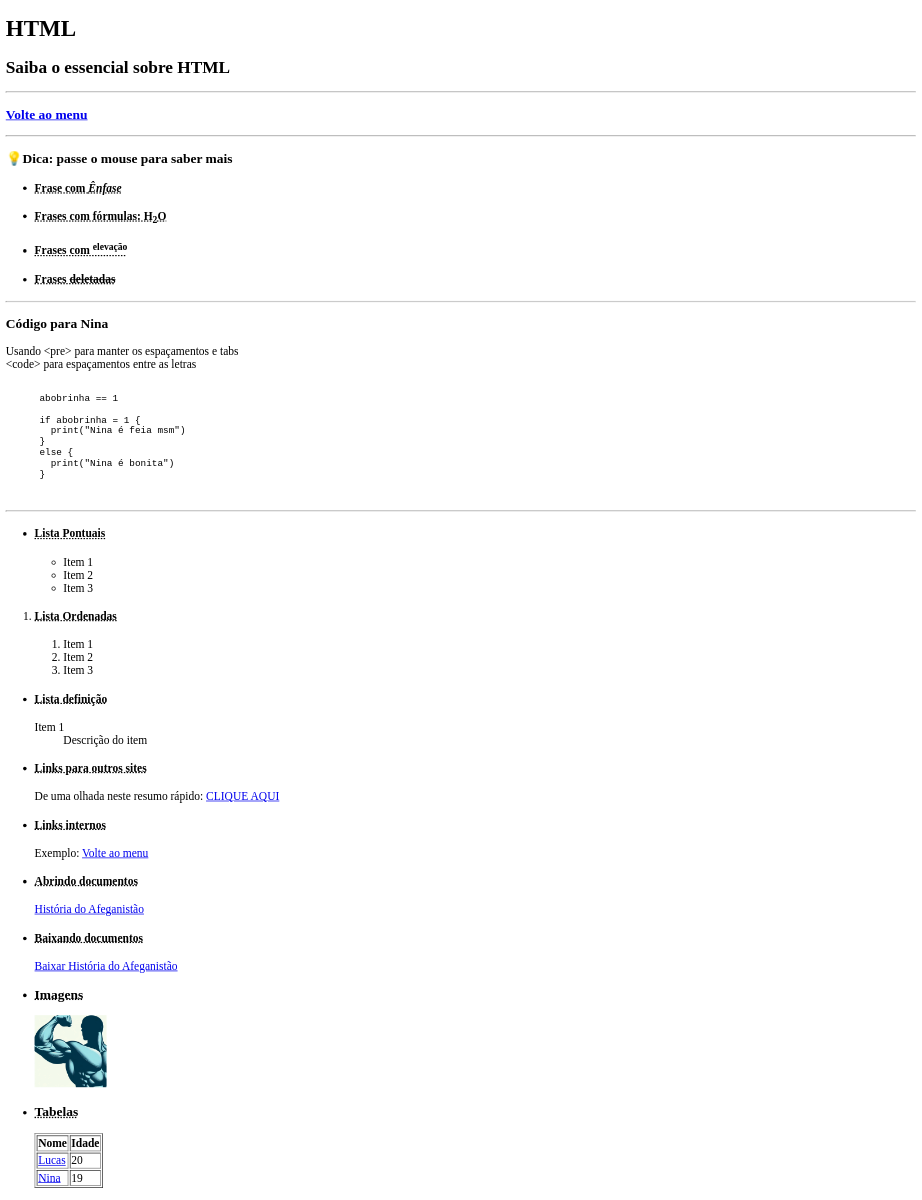
Repository: LuidyOn/Site_Forca_Total
Page: ForçaTotal/sobreHTML.html
The author's editor kept a copy of each file at every save. The page is drawn from the files as they stood at one save, then again after a run of saves.
The browser window is 1280 px wide. The pictures show the whole page, at 72% of full size.

Above is the page before, as saved 2025-05-16 14:33:10.

### ForçaTotal/sobreHTML.html
<!DOCTYPE html>
<html lang="pt-br">
<head>
  <meta charset="UTF-8">
  <meta name="viewport" content="width=device-width, initial-scale=1.0">
  <link rel="shortcut icon" href="img/icons/logo.ico" type="image/x-icon">
  <title>Testes Força total</title>
</head>
<body>
  <h1>HTML</h1>
  <h2>Saiba o essencial sobre HTML</h2>

  <hr>
  <h3><a href="index.html" rel="prev"> Volte ao menu</a></h3>
  <hr>

<h3>💡Dica: passe o mouse para saber mais</h3>

  <ul><li><h4> <abbr title="Para deixar uma frase com ênfase, usamos: <em> ">Frase com <em>Ênfase</em></h4> </abbr>
  </li></ul>

    <ul><li><h4><abbr title="Para utilizarmos frases 'baixas' ou fórmulas usamos: <sub></sub>"> Frases com fórmulas: H<sub>2</sub>O</abbr></h4> </li></ul>

  <ul><li><h4> <abbr title="Para utilizarmos frases com ênfase/superiores usamos: <sup></sup>">Frases com <sup>elevação</sup></h4> </abbr></li></ul>

  <ul><li><abbr title=" Para utilizarmos frases deletadas usamos: <del>"><h4>Frases <del>deletadas</del></h4></abbr></li></ul>

  <hr>

  <h3>Código para Nina</h3>
  <p>Usando &lt;pre&gt; para manter os espaçamentos e tabs <br> &lt;code&gt; para espaçamentos entre as letras</p>

  <p></p>

  <pre>
    <code>
      abobrinha == 1

      if abobrinha = 1 {
        print("Nina é feia msm")
      }
      else {
        print("Nina é bonita")
      }
    </code>
  </pre>

  <hr>

      <ul>
        <li>
          <abbr title="Para usar lista pontuadas use <ul>"> <h4>Lista Pontuais</h4> </abbr>
        </li>
          <ul>
            <li>Item 1</li>
            <li>Item 2</li>
            <li>Item 3</li>
          </ul>
      </ul>

      <ol>
        <li>
          <abbr title="Para usar lista ordenadas use <ol>"> <h4>Lista Ordenadas</h4> </abbr>
        </li>
          <ol>
            <li>Item 1</li>
            <li>Item 2</li>
            <li>Item 3</li>
          </ol>
      </ol>

          <ul>
            <li>
              <abbr title="Para usar uma lista de definição, use <dl> para agrupar os elementos(bloco), <dt> para o termo e <dd> para a descrição."> <h4>Lista definição</h4> </abbr>
              <dl>
                <dt>Item 1</dt>
                <dd>Descrição do item</dd>
              </dl>
            </li>
          </ul>

      <ul>
        <li><abbr title="Dica → <a href='https...' target='_blank'></a> text </a>"><h4>Links para outros sites</h4></abbr>
        </li>
        <p>De uma olhada neste resumo rápido: <a href="https://www.youtube.com/watch?v=dQw4w9WgXcQ" target="_blank" rel="External"> CLIQUE AQUI </a></p>
      </ul>

      <ul>
        <li><abbr title="Dica → <a href='caminho.html' rel='prev/next'></a>"><h4>Links internos</h4></abbr>
        </li>
        <p>Exemplo: <a href="index.html" rel="prev"> Volte ao menu</a></p>
      </ul>

      <ul>
        <li><abbr title="Dica: <a href='caminho.pdf' target='_blank'></a>"> <h4>Abrindo documentos</h4> </abbr>
        </li>
        <p><a href="Documentos/PDFs/GUERRA DO AFEGANISTÃO.pdf" target="_blank"> História do Afeganistão</a></p>
      </ul>

      <ul>
        <li><abbr title="Dica: <a href='caminho.pdf' download='caminho.pdf' type='application/pdf'> 'text'</a>"> <h4>Baixando documentos</h4> </abbr>
        </li>
            <p><a href="Documentos/PDFs/GUERRA DO AFEGANISTÃO.pdf" target="_blank" download="Documentos/PDFs/GUERRA DO AFEGANISTÃO.pdf" type="application/pdf"> Baixar História do Afeganistão</a></p>
      </ul>

  <ul>
    <li><abbr title="Para usar imagens use <img>"><h3>Imagens</h3></abbr></li>

    <img src="img/parteSerior.png" alt="parte superior" style="width: 100px; height: 100px;">
  </ul>

  <ul>
    <li><abbr title="Para usar tabelas use <table> <tr> e <th>"><h3>Tabelas</h3></abbr></li>

    <table border="1">

      <tr>
        <th>Nome</th>
        <th>Idade</th>
      </tr>
      <tr>
        <td><a href="#">Lucas</a></td>
        <td>20</td>
      </tr>
      <tr>
        <td><a href="#">Nina</a></td>
        <td>19</td>
      </tr>
    </table>

</body>
</html>

After the next 4 saves:
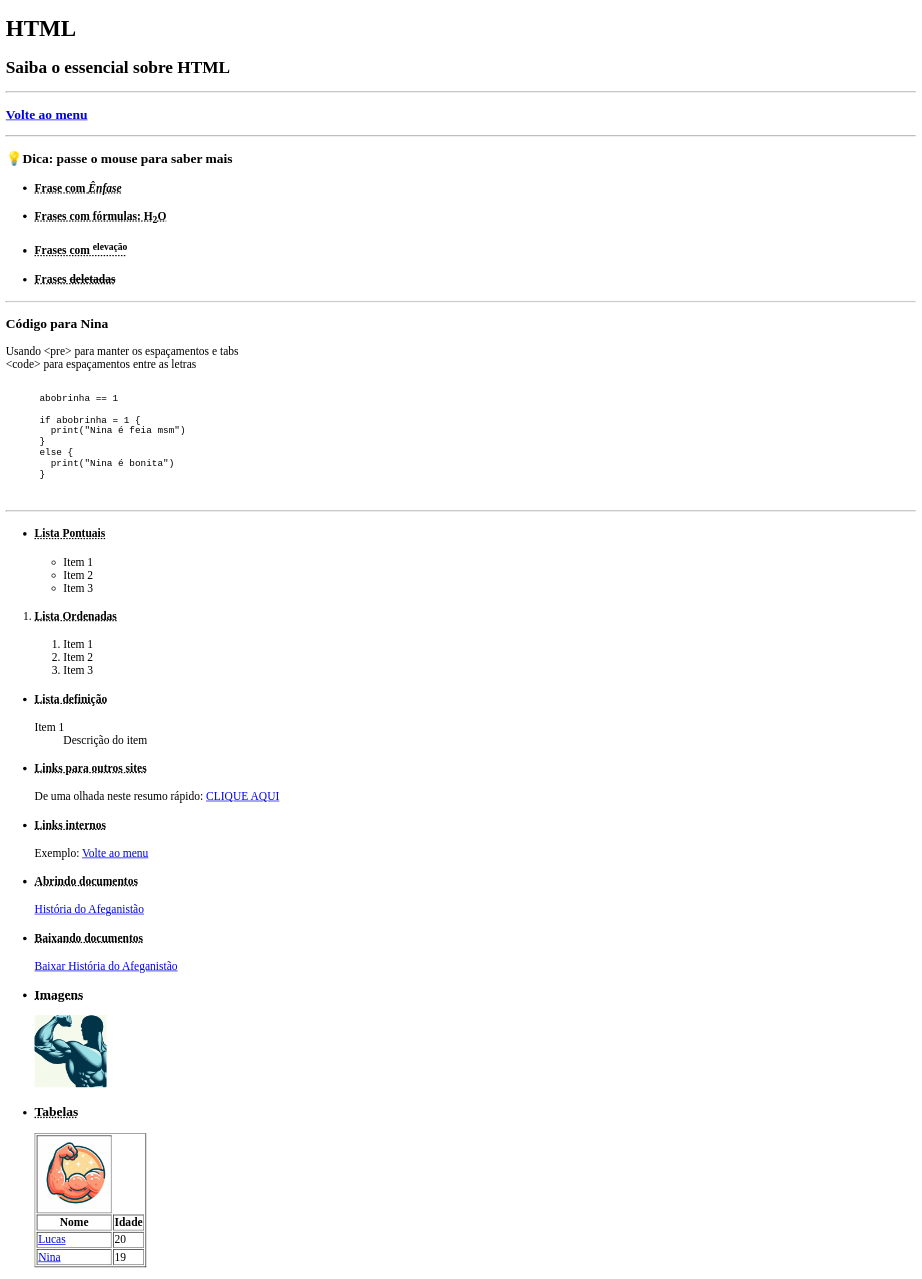
The 4 saves are shown as one change because they came seconds apart.
The last was saved 40 s later.
--- a/ForçaTotal/sobreHTML.html
+++ b/ForçaTotal/sobreHTML.html
@@ -113,7 +113,7 @@
     <li><abbr title="Para usar tabelas use <table> <tr> e <th>"><h3>Tabelas</h3></abbr></li>
 
     <table border="1">
-
+      <tr><th><img src="img/logo.jpg" alt="" style="width: 100px"></th></tr>
       <tr>
         <th>Nome</th>
         <th>Idade</th>
